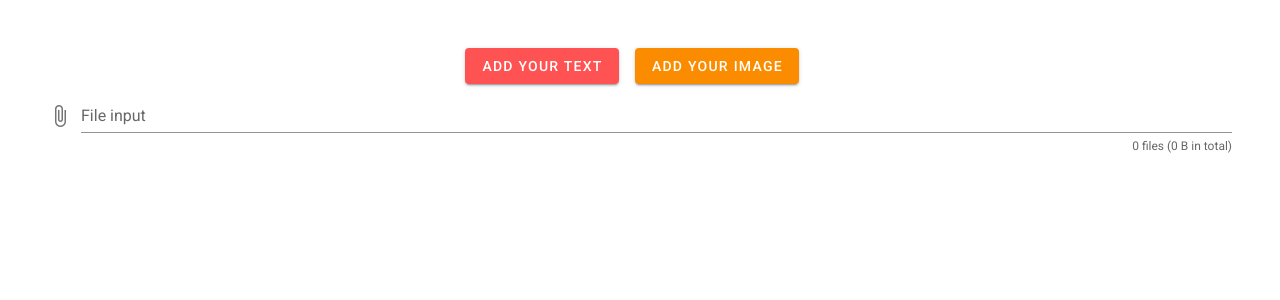
Repository: Hamagistral/BannerApp-Vue
Page: /#/dynamicPage
An editor plug-in stored every save of this project. The page is shown before and after the next save, followed by the edit.
The browser window is 1280 px wide. The pictures show the whole page.
The project was rebuilt for these pictures with package versions that can differ from the ones it lists, and the page was loaded fresh each time. Also part of the build but not shown: vue.config.js, src/components/WidgetText.vue, src/components/WidgetImage.vue, src/components/Home.vue.

Above is the page before, as saved 2023-02-07 01:32:29.

After the next save:
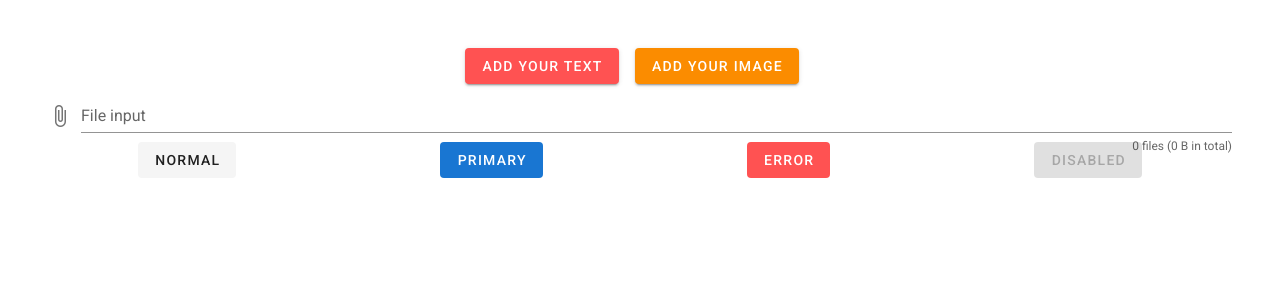
Saved 114 s later.
--- a/src/components/DynamicPage.vue
+++ b/src/components/DynamicPage.vue
@@ -27,6 +27,36 @@
     <div v-for="(file, index) in previewImages" :key="`image-${index}`">
       <WidgetImage :previews="file" vif="file"></WidgetImage>
     </div>
+
+    <template>
+      <v-row
+        align="center"
+        justify="space-around"
+      >
+        <v-btn depressed>
+          Normal
+        </v-btn>
+        <v-btn
+          depressed
+          color="primary"
+        >
+          Primary
+        </v-btn>
+        <v-btn
+          depressed
+          color="error"
+        >
+          Error
+        </v-btn>
+        <v-btn
+          depressed
+          disabled
+        >
+          Disabled
+        </v-btn>
+      </v-row>
+    </template>
+
   </div>
 </template>
 
